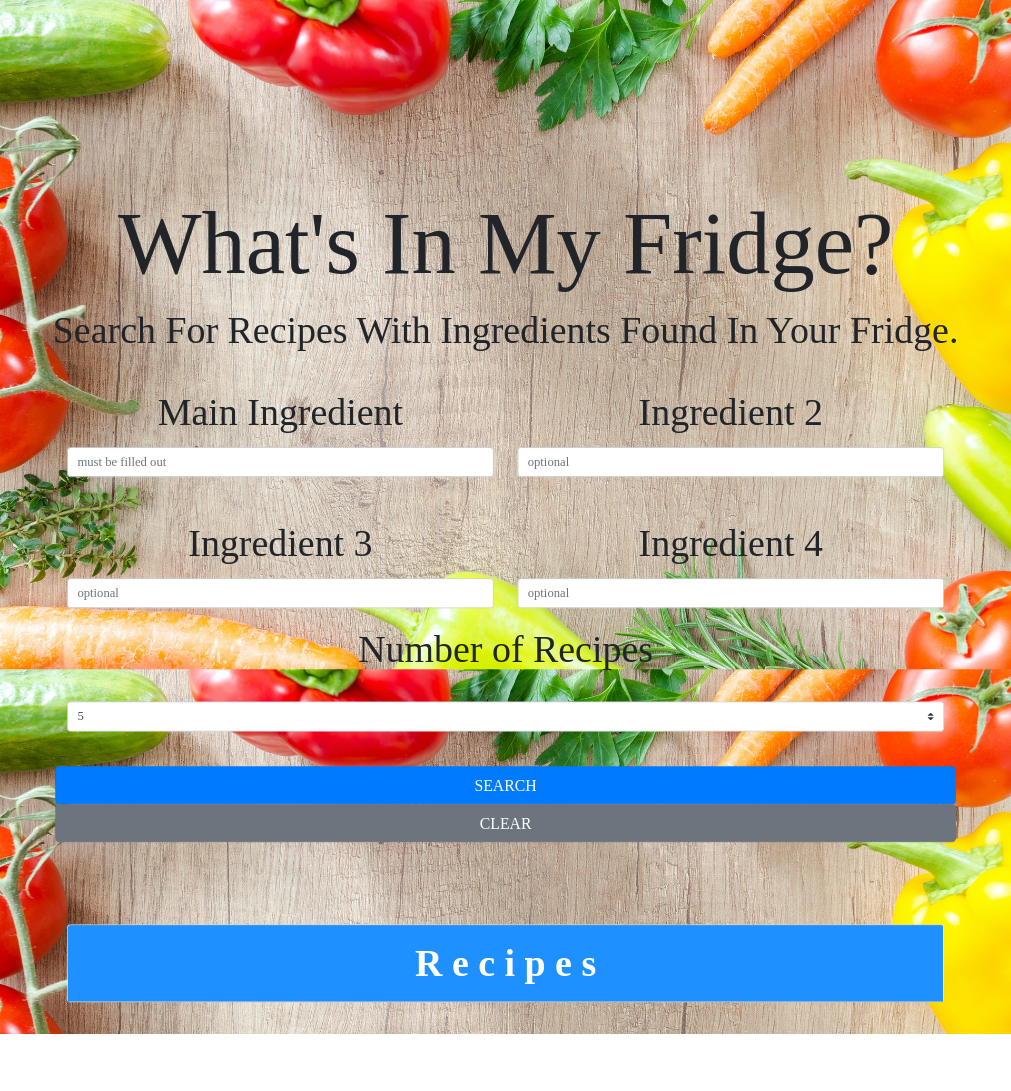
Repository: ogipajic/Recipe_API
Page: index.html
The author's editor kept a copy of each file at every save. The page is drawn from the files as they stood at one save, then again after the next save.
The browser window is 1280 px wide. The pictures show the whole page, at 79% of full size.
The page's requests for data from a server got no answer. Backgrounds fixed to the window are drawn as part of the page. Some web fonts or font styles are not loaded; a fallback is used.

Above is the page before, as saved 2020-07-13 17:39:10.

After the next save:
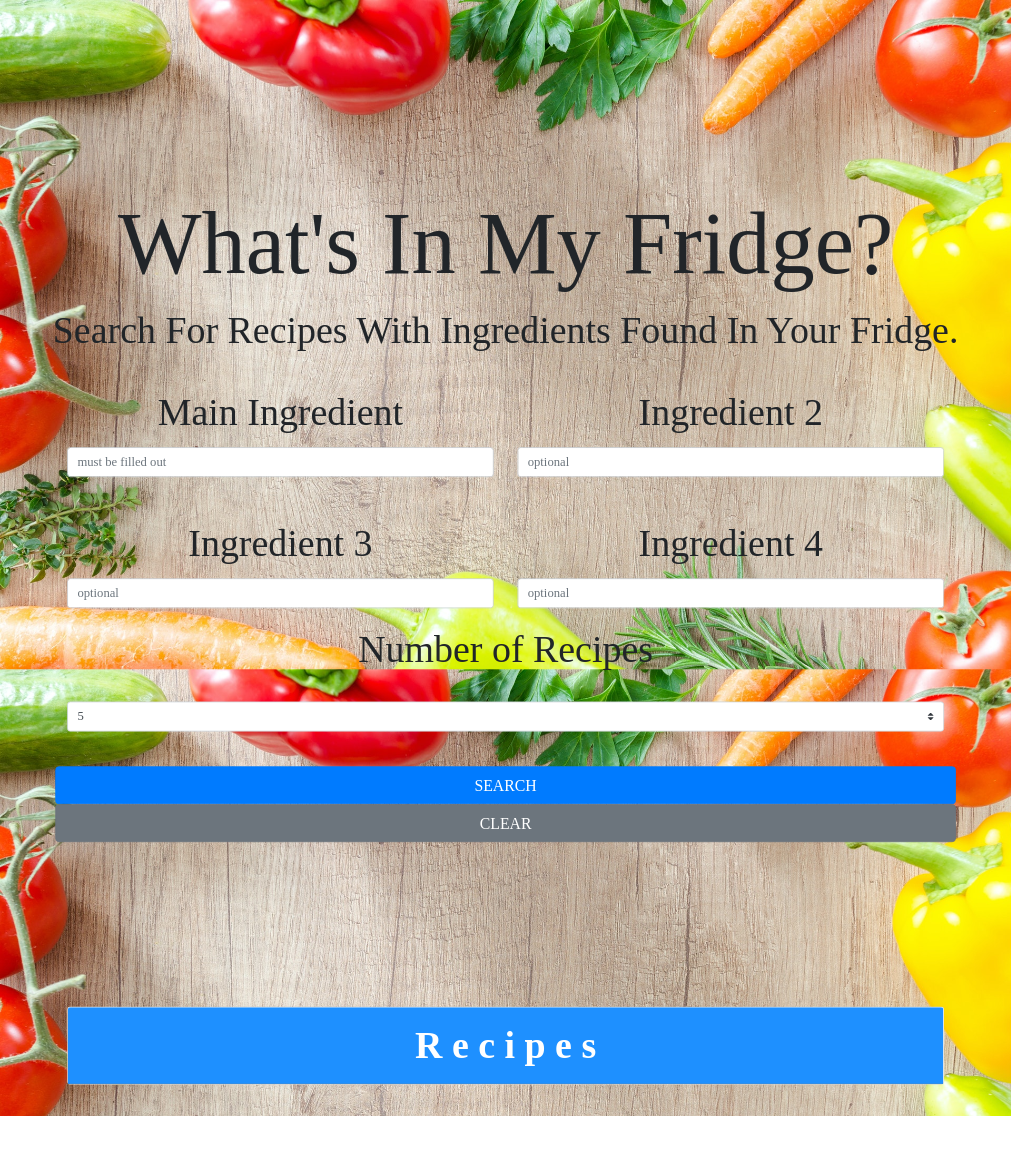
Saved 5 min 32 s later.
--- a/index.html
+++ b/index.html
@@ -90,6 +90,12 @@
     </div>
 
     <div class="container">
+
+      <!-- This row will handle all of the retrieved articles -->
+<div class="row">
+  <div class="col-sm-12">
+    <br>
+
     <div class="row">
       <div class="col-sm-12">
         <br>

After the save that followed:
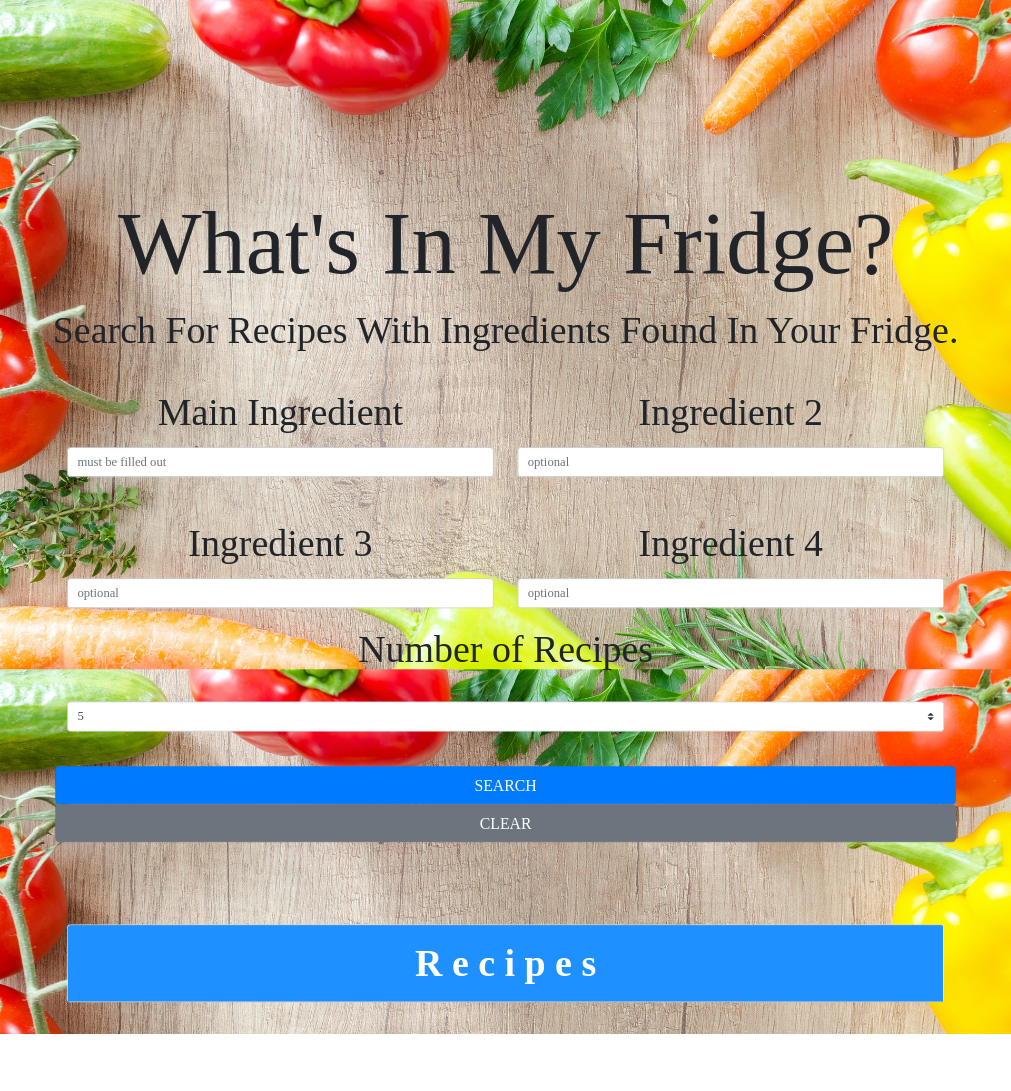
Saved 21 s later.
--- a/index.html
+++ b/index.html
@@ -91,10 +91,7 @@
 
     <div class="container">
 
-      <!-- This row will handle all of the retrieved articles -->
-<div class="row">
-  <div class="col-sm-12">
-    <br>
+
 
     <div class="row">
       <div class="col-sm-12">
